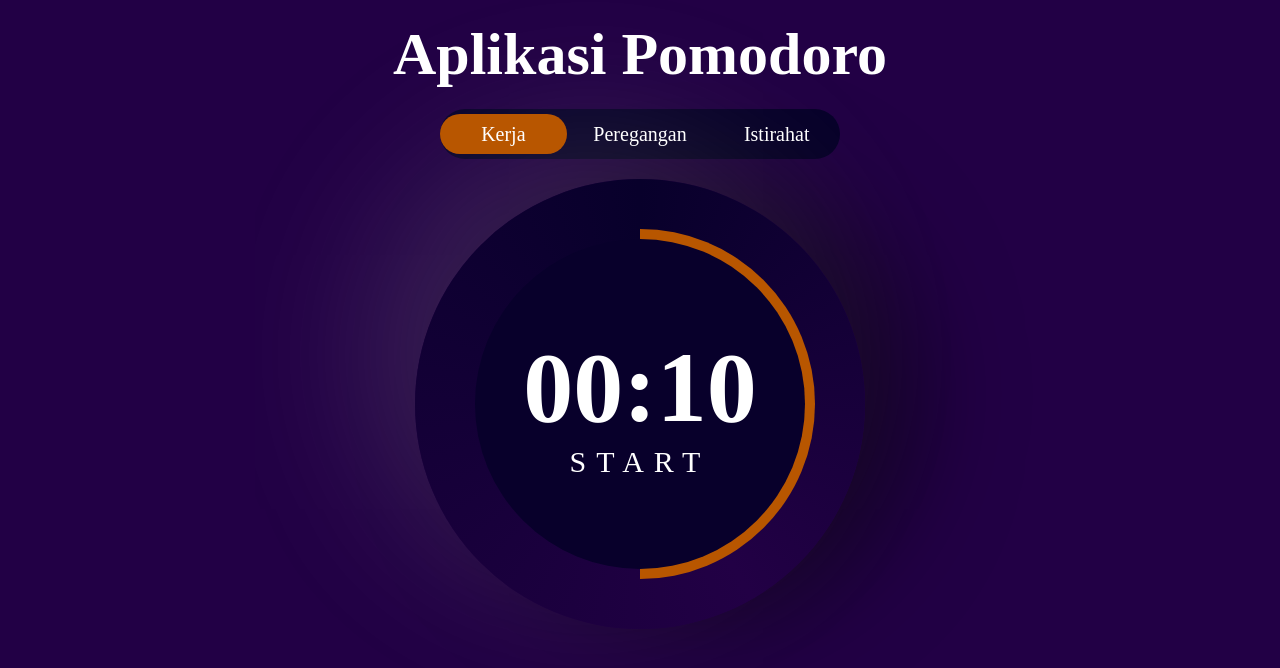
Repository: sellayspy/aplikasiPomodoro
Page: /
The author's editor kept a copy of each file at every save. The page is drawn from the files as they stood at one save, then again after the next save.
The browser window is 1280 px wide. The pictures show the whole page.
The project was rebuilt for these pictures with package versions that can differ from the ones it lists, and the page was loaded fresh each time. Also part of the build but not shown: vite.config.js.

Above is the page before, as saved 2024-11-25 14:41:16.

### index.html
<!DOCTYPE html>
<html lang="en">
  <head>
    <meta charset="UTF-8" />
    <link rel="icon" type="image/svg+xml" href="/vite.svg" />
    <meta name="viewport" content="width=device-width, initial-scale=1.0" />
    <title>Aplikasi Pomodoro</title>
  </head>
  <body>
    <div id="root"></div>
    <script type="module" src="/src/main.jsx"></script>
  </body>
</html>

### src/main.jsx
import { StrictMode } from "react";
import { createRoot } from "react-dom/client";
import { createGlobalStyle, ThemeProvider } from "styled-components";
import App from "./App.jsx";

const GlobalStyle = createGlobalStyle`

*{
  margin: 0;
  padding: 0;
  box-sizing: border-box;
}

  html,body{
    background-color: ${(props) => props.theme.colors.bg};;
    font-size: 62.5%;
  }

  body{
    font-size: 1.6rem;
    color: white;
  }

`;

const theme = {
  colors: {
    primary: "#b85600",
    secondary: "#08002b",
    bg: "#220045",
  },
};

createRoot(document.getElementById("root")).render(
  <StrictMode>
    <ThemeProvider theme={theme}>
      <GlobalStyle />
      <App />
    </ThemeProvider>
  </StrictMode>
);

### src/App.jsx
import styled from "styled-components";
import Judul from "./components/Judul";
import Timer from "./components/Timer";

function App() {
  return (
    <>
      <Title>Aplikasi Pomodoro</Title>
      <Judul />
      <Timer />
    </>
  );
}

export default App;

const Title = styled.h1`
  font-size: 6rem;
  padding: 2rem 0;
  text-align: center;
`;

### src/components/Judul.jsx
import styled, { css } from "styled-components";
import { useState } from "react";

const Judul = () => {
  const [active, setActive] = useState(0);

  const handleJudulClick = (index) => {
    setActive(index);
  };
  return (
    <JudulContainer>
      {["Kerja", "Peregangan", "Istirahat"].map((tag, i) => (
        <Tag onClick={() => handleJudulClick(i)} active={active === i} key={i}>
          {tag}
        </Tag>
      ))}
    </JudulContainer>
  );
};

export default Judul;

const JudulContainer = styled.div`
  background: ${(props) => props.theme.colors.secondary};
  height: 5rem;
  width: 40rem;
  margin: 0 auto;
  border-radius: 5rem;
  display: flex;
  gap: 1rem;
  align-items: center;
`;

const Tag = styled.button`
  all: unset;
  height: 4rem;
  text-align: center;
  border-radius: 5rem;
  flex: 1;
  font-size: 2rem;

  ${({ active }) =>
    active &&
    css`
      background: ${(props) => props.theme.colors.primary};
    `}
`;

### src/components/Timer.jsx
import styled from "styled-components";
import TimerProgress from "./TimerProgress";

const Timer = () => {
  return (
    <TimerContainer>
      <TimerProgress />
    </TimerContainer>
  );
};

export default Timer;

const TimerContainer = styled.div`
  background: conic-gradient(
    ${(props) => props.theme.colors.secondary},
    ${(props) => props.theme.colors.bg} 150deg,
    ${(props) => props.theme.colors.secondary}
  );

  width: 45rem;
  height: 45rem;

  margin: 2rem auto;
  border-radius: 50%;
  display: grid;
  place-items: center;
  box-shadow: -50px -50px 150px rgba(158, 158, 158, 0.2),
    50px -10px 100px rgba(0, 0, 0, 0.5);
`;

### src/components/TimerProgress.jsx
import { useState } from "react";
import styled from "styled-components";
import Waktu from "./Waktu";

const TimerProgress = () => {
  const [progress, setProgress] = useState(50);

  return (
    <OuterCircle progress={progress}>
      <InnerCircle>
        <Waktu />
      </InnerCircle>
    </OuterCircle>
  );
};

export default TimerProgress;

const OuterCircle = styled.div`
  width: 35rem;
  height: 35rem;

  border-radius: 50%;
  display: grid;
  place-items: center;
  background: conic-gradient(
    ${(props) => props.theme.colors.primary} ${({ progress }) => progress}%,
    transparent ${({ progress }) => progress}%
  );
`;

const InnerCircle = styled.div`
  width: 33rem;
  height: 33rem;
  background: ${(props) => props.theme.colors.secondary};

  border-radius: 50%;
  display: grid;
  place-items: center;
`;

### src/components/Waktu.jsx
import { useEffect, useState } from "react";
import styled from "styled-components";

const Waktu = () => {
  const [time, setTime] = useState(10);
  const [isActive, setIsActive] = useState(false);
  useEffect(() => {
    if (isActive && time > 0) {
      const interval = setInterval(() => {
        setTime((time) => time - 1);
      }, 1000);

      return () => clearInterval(interval);
    }
  }, [time, isActive]);

  const buttonClick = () => {
    setIsActive(!isActive);
  };

  const getTime = (time) => {
    const min = Math.floor(time / 60);
    const sec = time % 60;
    return `${min < 10 ? "0" + min : min}:${sec < 10 ? "0" + sec : sec}`;
  };

  return (
    <ClockContainer>
      <TimerText>{getTime(time)}</TimerText>
      <StartPauseButton onClick={buttonClick}>
        {isActive ? "Pause" : "Start"}
      </StartPauseButton>
    </ClockContainer>
  );
};

export default Waktu;
const ClockContainer = styled.div`
  display: grid;
  place-items: center;
`;

const TimerText = styled.h3`
  font-size: 10rem;
`;

const StartPauseButton = styled.button`
  all: unset;
  text-align: center;
  font-size: 3rem;
  text-transform: uppercase;
  letter-spacing: 1rem;
`;

After the next save:
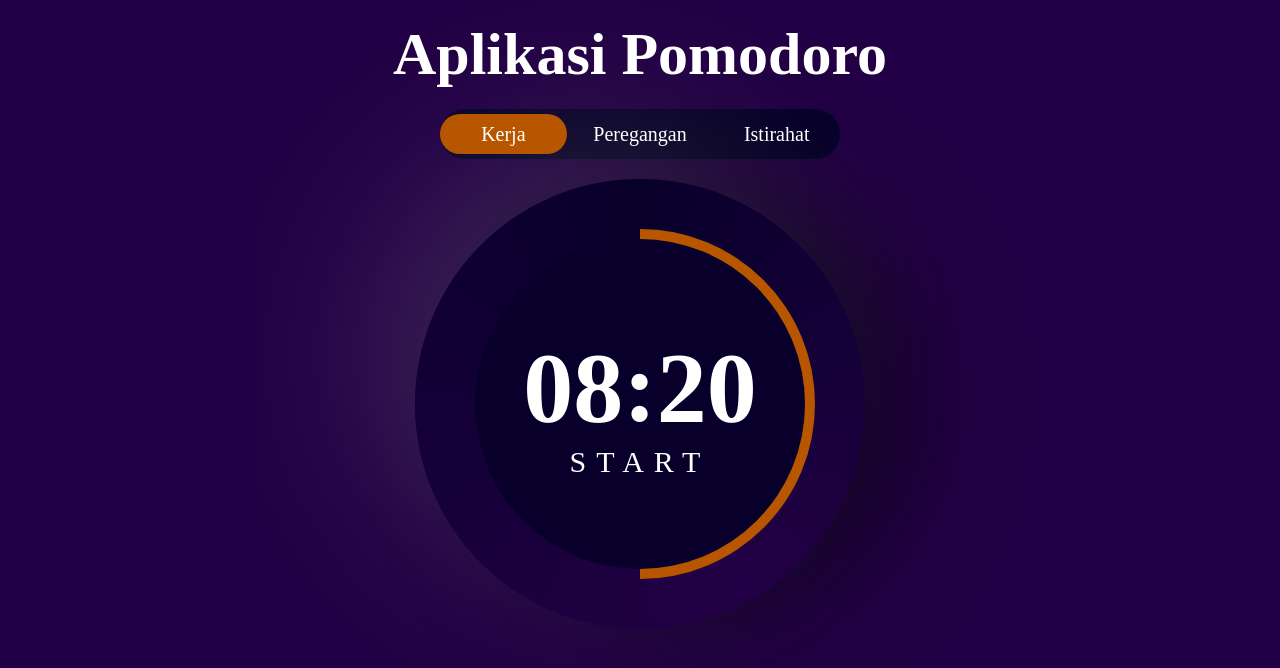
Saved 68 s later.
--- a/src/components/Waktu.jsx
+++ b/src/components/Waktu.jsx
@@ -2,7 +2,7 @@ import { useEffect, useState } from "react";
 import styled from "styled-components";
 
 const Waktu = () => {
-  const [time, setTime] = useState(10);
+  const [time, setTime] = useState(500);
   const [isActive, setIsActive] = useState(false);
   useEffect(() => {
     if (isActive && time > 0) {
